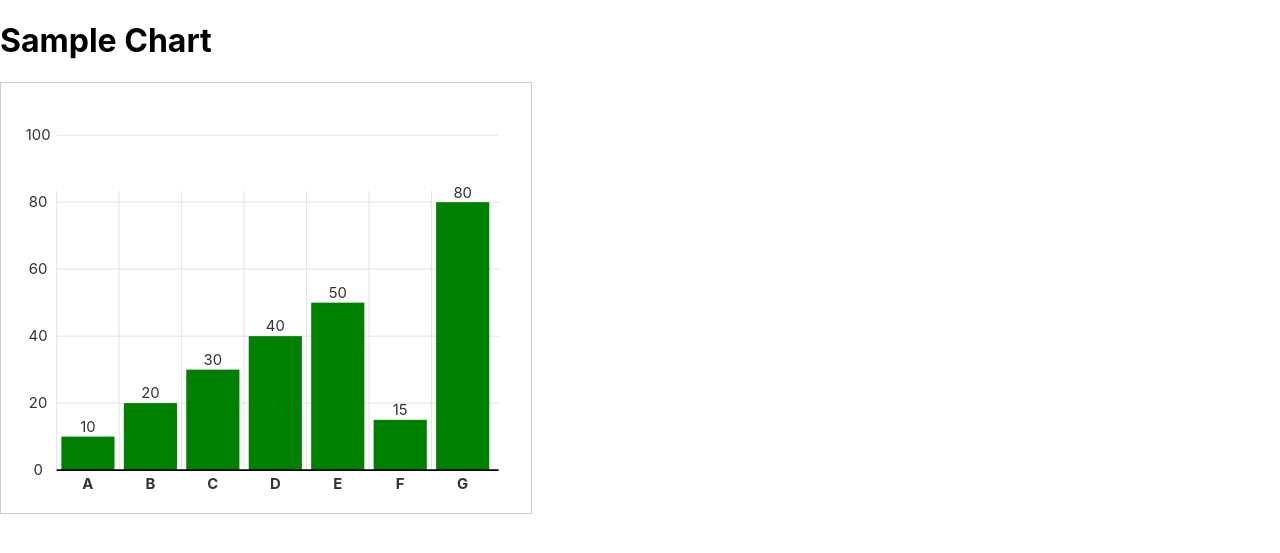
Repository: CaptainJang316/GChart
Page: /
An editor plug-in stored every save of this project. The page is shown before and after a run of saves, followed by the edit.
The browser window is 1280 px wide. The pictures show the whole page.
The project was rebuilt for these pictures with package versions that can differ from the ones it lists, and the page was loaded fresh each time. Also part of the build but not shown: src/App.css.

Above is the page before, as saved 2024-11-09 18:01:02.

### src/App.tsx
/* eslint-disable */
import React from 'react';
import './App.css';
import BarChart from './components/Chart/BarChart';
import { Option } from './types/Option';

function App() {
  const sampleOption: Option = {
    type: 'bar',
    data: [
      { label: 'A', value: 10 },
      { label: 'B', value: 20 },
      { label: 'C', value: 30 },
      { label: 'D', value: 40 },
      { label: 'E', value: 50 },
      { label: 'F', value: 15 },
      { label: 'G', value: 80 },
    ],
    layout: {
      width: 500,
      height: 400,
      axisCnt: 5
    },
    style: {
      color: "green"
    },
    tooltip: true,
    label:  {
      show: true,
      position: 'mid'
    }
  };

  return (
    <div>
      <h1>Sample Chart</h1>
      {/* 차트의 border 없애고, X,Y 축에 대한 컴포넌트들로 더 큰 바운더리 구현해야 함. */}
      {/* => ㄴㄴ. 그냥 단일 SVG로 구현하는 게 훨씬 좋음. */}

      <div className="chart-wrapper">
        <BarChart {...sampleOption}/>
      </div>
    </div>
  );
}

export default App;

### src/components/Chart/BarChart.tsx
/* eslint-disable */
import React from 'react';
import { useAxis } from '../Axis/useAxis';
import { useGrid } from '../Grid/useGrid';
import { Option } from '../../types/Option';

// interface ChartProps {
//     data: { label: string, value: number }[];
//     width?: number;
//     height?: number;
//     color?: string;
//     axisCnt?: number;
// };

const BarChart: React.FC<Option> = ({
    data,
    title,
    layout: {
        width = 400,
        height = 300,
        axisCnt = 8,
    },
    style: {
        color = '#4A90E2',
    },
    tooltip = true
}) => {
    const values = data.map(item => item.value);
    const {xAxis, yAxis, scales} = useAxis({data: values, width: width, height: height, axisCnt: axisCnt});
    const {gridLines} = useGrid({data: values, scales, width, height, horizontalLineCnt: axisCnt});

    const maxValue = Math.max(...data.map(d => d.value));
    const barWidth = (width - 30) / data.length;
    // const yTicks = 10;
    // const tickValues = Array.from({ length: yTicks }, (_, i) => (maxValue / yTicks) * i);

    return (
        // svg 요소 안에, 차트를 그린다.
        <div style={{ display: 'inline-block', width: `${width}px`, height: `${height}px`}}>
            <svg width='100%' height='100%' viewBox={`0 0 ${width} ${height + 30}`} style={{ border: '1px solid #ccc', padding: '15px'}}>
                {
                    title?
                    <g className='title-layer'>
                        <h3>{title.text}</h3>
                        {title.subTitle? <h5>{title.subTitle}</h5> : ''}
                    </g> : ''
                }
                <g className='grid-layer'>
                    {gridLines.horizontal.map((el: { id: React.Key | null | undefined; x1: number ; y1: number ; x2: number ; y2: number; }, index: number) => (
                        <line
                            key={el.id}
                            x1={el.x1}
                            y1={el.y1}
                            x2={el.x2}
                            y2={el.y2}
                            stroke="#e0e0e0"
                            // strokeDasharray="4 4"
                            strokeWidth={1}
                        />
                    ))}
                    {gridLines.vertical.map((el: { id: React.Key | null | undefined; x1: number ; y1: number ; x2: number ; y2: number; }, index: number) => (
                        <line
                            key={el.id}
                            x1={barWidth * index + 25}
                            y1={height}
                            x2={barWidth * index + 25}
                            y2={100}
                            stroke="#e0e0e0"
                            // strokeDasharray="4 4"
                            strokeWidth={1}
                        />
                    ))}
                </g>

                <g className='axis-layer'>
                    {yAxis.ticks.map((tick) => (
                        <text
                            x={5}
                            y={tick.position}
                            textAnchor="middle"
                            // fontSize="10"
                            fill="#333"
                        >
                        {tick.value}
                        </text>
                    ))}
                </g>

                <g className='chart-layer'>
                    {data.map((d, i) => {
                        const barHeight = height - scales.yScale(d.value);
                        return (
                            // g는 svg 요소 내에 사용되는 것.
                            // svg에서 그룹을 만드는 역할을 한다.
                            // trangform은 그룹의 위치를 변환하는 데 사용됨.
                            // translate(${i * barWidth}, ${height - barHeight}) <- x축, y축 이동 정도 지정

                            <g key={i} transform={`translate(${i * barWidth}, ${height - barHeight})`}>
                                <rect
                                    width={barWidth - 10}
                                    height={barHeight}
                                    fill={color}
                                    x={30}
                                    y={0}
                                />
                                <text
                                    x={barWidth / 2 + 25}
                                    y={-5}
                                    textAnchor="middle"
                                    // fontSize="10"
                                    fill="#333"
                                >
                                    {d.value}
                                </text>
                            </g>
                        );
                    })}
                </g>

                <g className='bottom-layer'>
                    <line
                        x1={25}
                        y1={height}
                        x2={width}
                        y2={height}
                        stroke="black"
                        // strokeDasharray="4 4"
                        strokeWidth={2}
                    />
                </g>
                <g className='label-layer'>
                    {data.map((d, i) => {
                        let currX = barWidth * i;
                        return (
                            <text
                            x={currX + barWidth / 2 + 25}
                            y={height + 20}
                            textAnchor="middle"
                            // fontSize="12"
                            fontWeight="bold"
                            fill="#333"
                        >
                            {d.label}
                        </text>
                        );
                    })}
                </g>
            </svg>
        </div>
    );
};

export default BarChart;

### src/components/Axis/useAxis.ts
/* eslint-disable */
import { useMemo } from 'react';
import { scaleLinear } from 'd3-scale';

interface AxisProps {
    data: number[];
    width: number;
    height: number;
    axisCnt?: number;
    horizontalPadding?: number; // 좌우 패딩
    topPadding?: number; // 위쪽 패딩
}

export const useAxis = ({
    data,
    width,
    height,
    axisCnt = 6,
    horizontalPadding = 40,
    topPadding = 40
}: AxisProps) => {
    const scales = useMemo(() => {
        // X축 스케일 설정
        const xScale = scaleLinear()
            .domain([0, data.length - 1])
            .range([horizontalPadding, width - horizontalPadding]);

        // Y축 스케일 설정
        const maxValue = Math.max(...data);
        const yMaxValue = getAppropriateMaxValue(maxValue);

        const yScale = scaleLinear()
            .domain([0, yMaxValue])
            // 위쪽 패딩만 적용하고 아래쪽은 height 값 그대로 사용
            .range([height, topPadding]); // -1을 해서 baseline에 정확히 맞춤

        return { xScale, yScale };
    }, [data, width, height, horizontalPadding, topPadding]);

    const xAxis = useMemo(() => {
        return {
            ticks: data.map((_, index) => ({
                value: index,
                position: scales.xScale(index)
            }))
        };
    }, [scales.xScale, data]);

    const yAxis = useMemo(() => {
        const ticks = scales.yScale.ticks(axisCnt);
        return {
            ticks: ticks.map(tick => ({
                value: tick,
                position: scales.yScale(tick) + 5
            }))
        };
    }, [scales.yScale, axisCnt]);

    return { xAxis, yAxis, scales };
};

// 적절한 최대값을 계산하는 헬퍼 함수
function getAppropriateMaxValue(maxValue: number): number {
    const magnitude = Math.pow(10, Math.floor(Math.log10(maxValue)));
    const normalized = maxValue / magnitude;

    if (normalized <= 1) return magnitude;
    if (normalized <= 2) return 2 * magnitude;
    if (normalized <= 5) return 5 * magnitude;
    return 10 * magnitude;
}

### src/components/Grid/useGrid.ts
/* eslint-disable */
import { useMemo } from 'react';

interface GridProps {
    data: number[],
    scales: {
        xScale: any;
        yScale: any;
    },
    width: number,
    height: number
    horizontalLineCnt: number;
}

export const useGrid = ({data, scales, width, height, horizontalLineCnt}: GridProps) => {
    const gridLines = useMemo(() => {
        const vertical = scales.xScale.ticks(data.length - 1).map((tick: number) => ({
            id: `x-${tick}`,
            x1: scales.xScale(tick),
            y1: 0,
            x2: scales.xScale(tick),
            y2: height,
        }));

        const horizontal = scales.yScale.ticks(horizontalLineCnt).map((tick: number) => ({
            id: `y-${tick}`,
            x1: 25,
            y1: scales.yScale(tick),
            x2: width,
            y2: scales.yScale(tick)
        }));

        return {vertical, horizontal};
    }, [scales, width, height]);

    return { gridLines };
}

Loaded but not shown: public/index.html (common file); src/index.tsx (common file); src/index.css (common file); src/reportWebVitals.ts (common file)

After the next 3 saves:
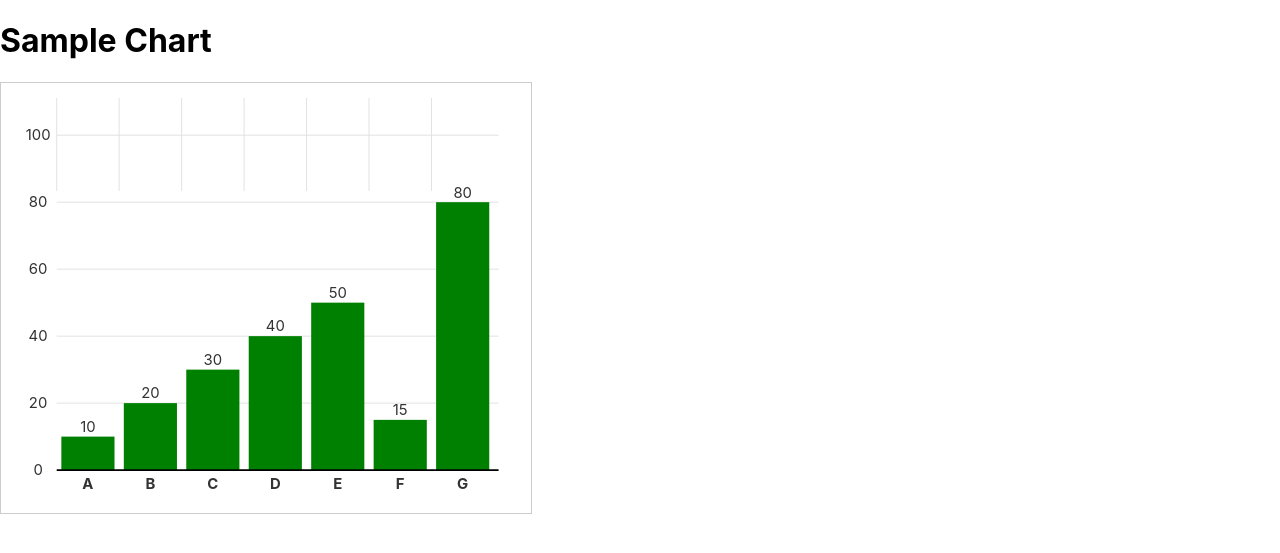
The 3 saves are shown as one change because they came seconds apart.
The last was saved 22 s later.
--- a/src/components/Chart/BarChart.tsx
+++ b/src/components/Chart/BarChart.tsx
@@ -62,7 +62,7 @@ const BarChart: React.FC<Option> = ({
                         <line
                             key={el.id}
                             x1={barWidth * index + 25}
-                            y1={height}
+                            y1={0}
                             x2={barWidth * index + 25}
                             y2={100}
                             stroke="#e0e0e0"
